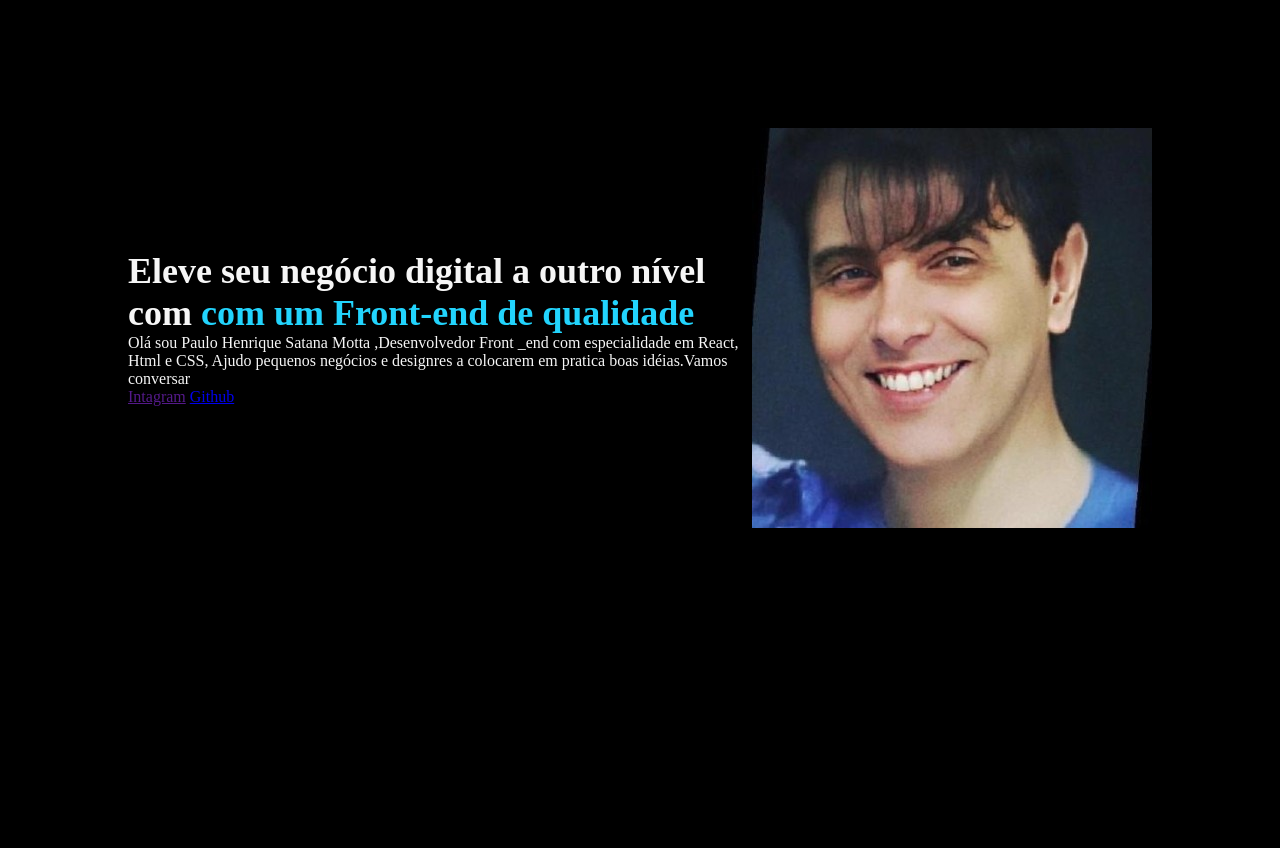
Repository: phsmottanerd/projeto-portfolio-alura
Page: index.html
These files come from the project's save history. The page is drawn as it stood at one moment and after the next save; the edit follows.
The browser window is 1280 px wide. The pictures show the whole page.

Above is the page before, as saved 2025-01-23 02:43:04.

After the next save:
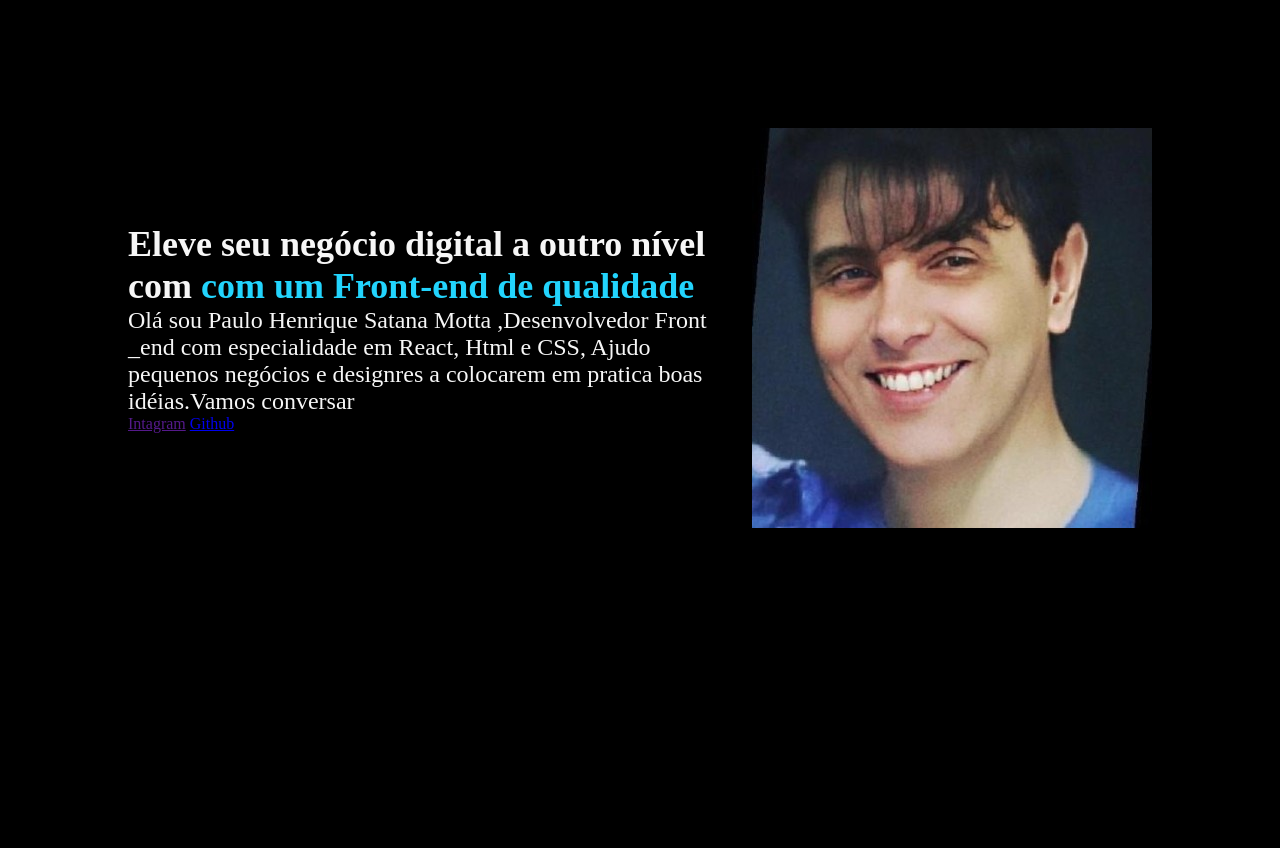
Saved 33 s later.
--- a/style.css
+++ b/style.css
@@ -27,3 +27,6 @@ width: 615px;
 .apresentacao__conteudo__titulo{
     font-size:36px;
 }
+.apresentacao__conteudo__texto{
+    font-size:24px;
+}
